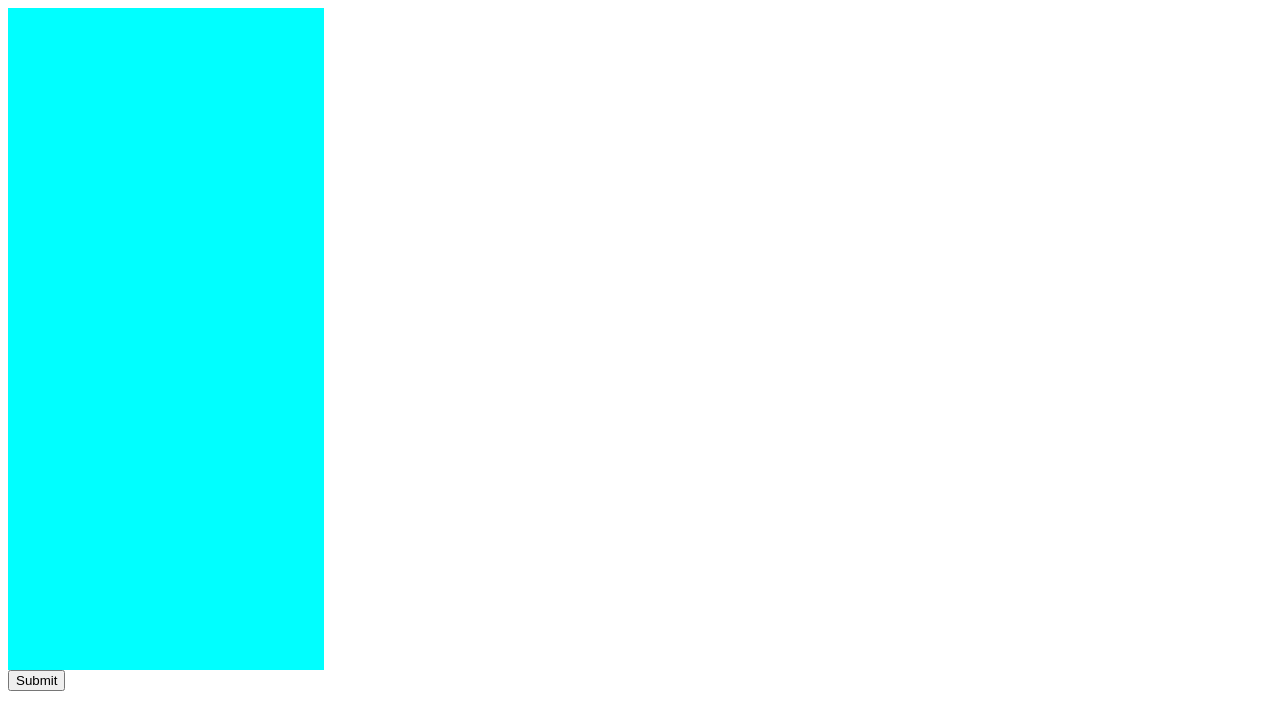
Repository: tr2cky/barrage
Page: index.html
The author's editor kept a copy of each file at every save. The page is drawn from the files as they stood at one save, then again after a run of saves.
The browser window is 1280 px wide. The pictures show the whole page.

Above is the page before, as saved 2022-10-03 13:35:28.

After the next 14 saves:
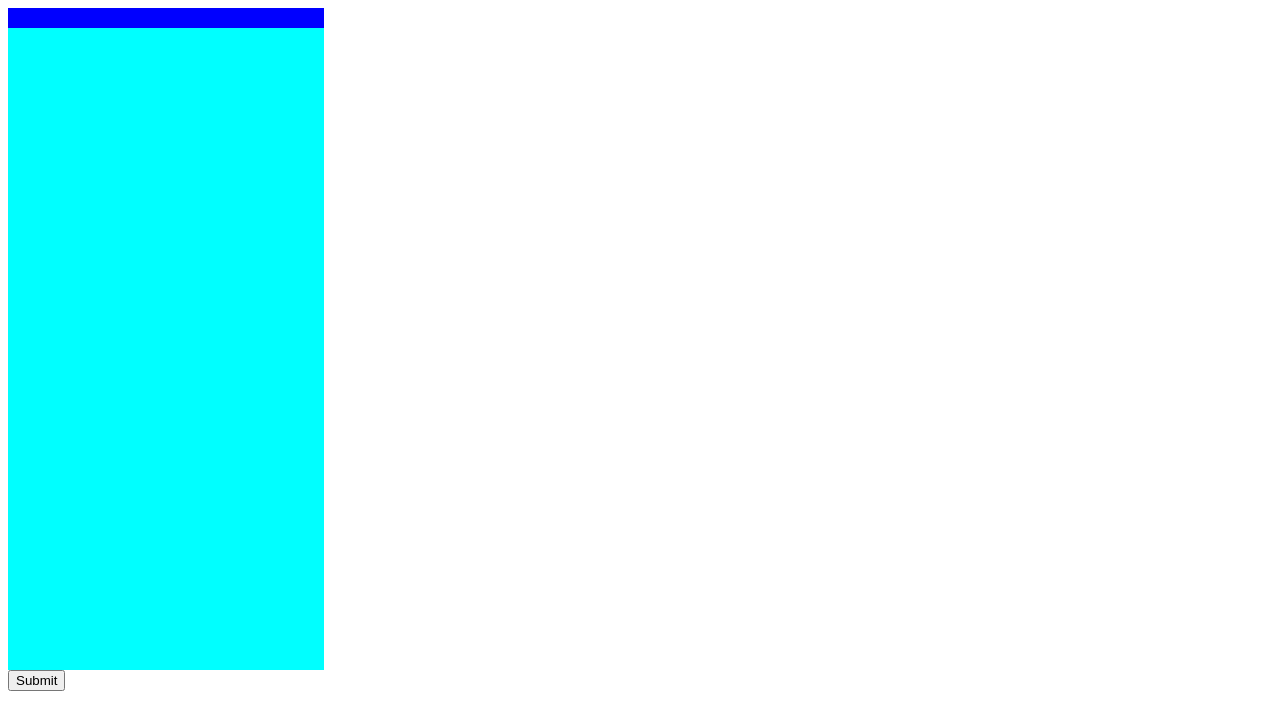
The 14 saves are shown as one change because they came seconds apart.
The last was saved 27 s later.
--- a/style.css
+++ b/style.css
@@ -6,3 +6,7 @@
     background-color: aqua;
     height: 92vh;
 }
+.box1 {
+    background-color: blue;
+    padding: 10px 20px;
+}
